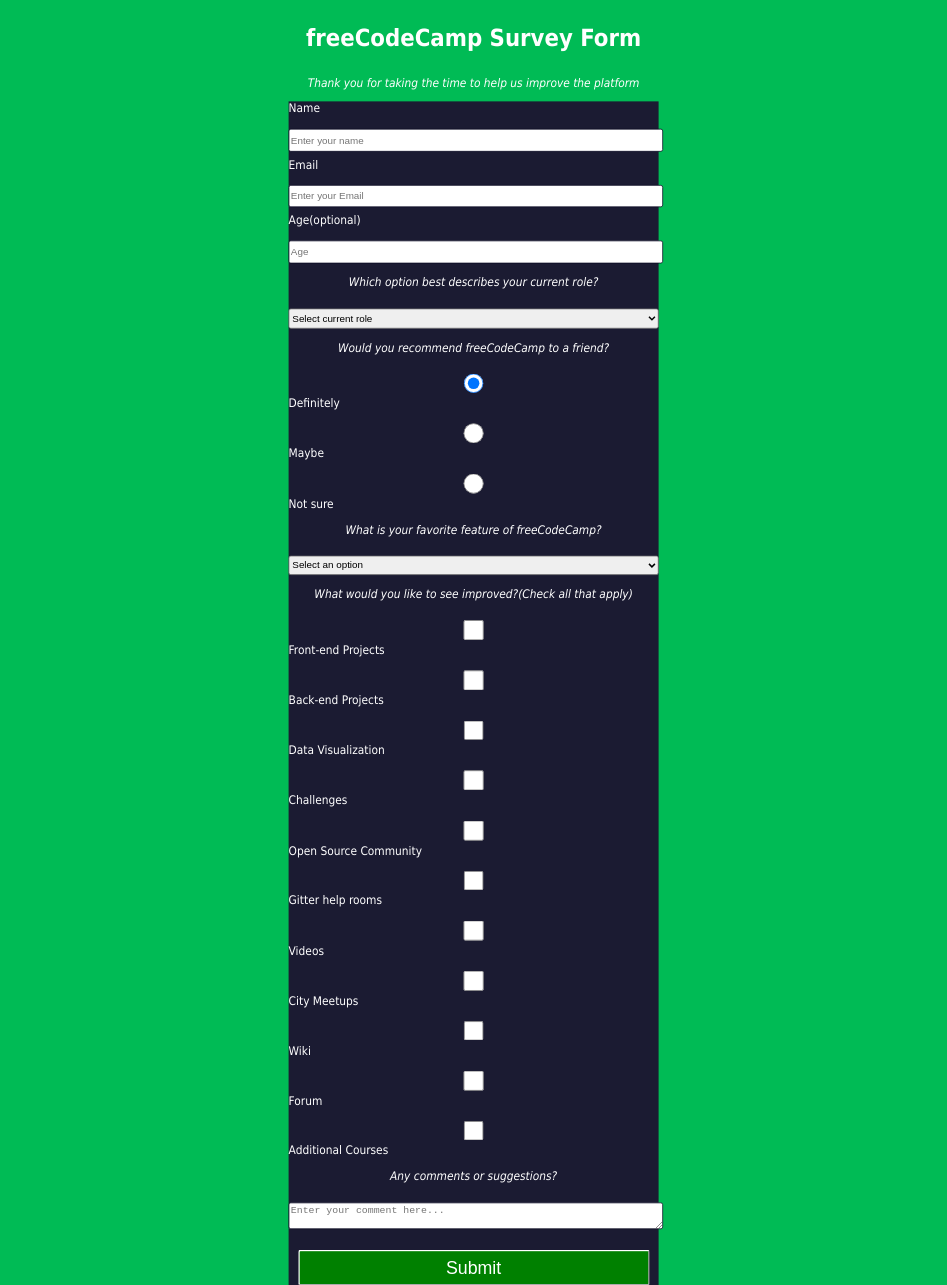
Repository: Lungdjos/survey_form_certification
Page: index.html
These files come from the project's save history. The page is drawn as it stood at one moment and after a run of saves; the edit follows.
The browser window is 1280 px wide. The pictures show the whole page, at 74% of full size.

Above is the page before, as saved 2023-10-10 12:43:00.

### index.html
<!DOCTYPE html>
<html lang="en">

<head>
    <meta charset="UTF-8">
    <meta name="viewport" content="width=device-width, initial-scale=1.0">
    <title>Survey Form</title>
    <link rel="stylesheet" href="styles.css">
</head>

<body>
    <div class="container">
        <header class="header">
            <h1 id="title" class="text-center">freeCodeCamp Survey Form</h1>
            <p id="description" class="description text-center">
                Thank you for taking the time to help us improve the platform
            </p>
        </header>
        <form id="survey-form">
            <div class="form-group">
                <label id="name-label" for="name">Name</label>
                <input type="text" name="name" id="name" class="form-control" placeholder="Enter your name" required />
            </div>
            <div class="form-group">
                <label id="email-label" for="email">Email</label>
                <input type="email" name="email" id="email" class="form-control" placeholder="Enter your Email" required />
            </div>
            <div class="form-group">
                <label id="number-label" for="number">Age<span class="clue">(optional)</span></label>
                <input type="number" name="age" id="number" min="10" max="99" class="form-control" placeholder="Age" />
            </div>
            <div class="form-group">
                <p>Which option best describes your current role?</p>
                <select id="dropdown" name="role" class="form-control" required>
                    <option disabled selected value>Select current role</option>
                    <option value="student">Student</option>
                    <option value="job">Full Time Job</option>
                    <option value="learner">Full Time Learner</option>
                    <option value="preferNo">Prefer not to say</option>
                    <option value="other">Other</option>
                </select>
            </div>

            <div class="form-group">
                <p>Would you recommend freeCodeCamp to a friend?</p>
                <label><input name="user-recommend" value="definitely" type="radio" class="input-radio" checked /> Definitely</label>
                <label><input name="user-recommend" value="maybe" type="radio" class="input-radio" /> Maybe</label>
                <label><input name="user-recommend" value="not-sure" type="radio" class="input-radio" /> Not sure</label>
            </div>

            <div class="form-group">
                <p>What is your favorite feature of freeCodeCamp?</p>
                <select id="most-like" name="mostLike" class="form-control" required>
                    <option disabled selected value>Select an option</option>
                    <option value="challenges">Challenges</option>
                    <option value="projects">Projects</option>
                    <option value="community">Community</option>
                    <option value="openSource">Open Source</option>
                </select>
            </div>

            <div class="form-group">
                <p>What would you like to see improved?<span class="clue">(Check all that apply)</span></p>
                <label><input name="prefer" value="front-end-projects" type="checkbox" class="input-checkbox" /> Front-end Projects</label>
                <label><input name="prefer" value="back-end-projects" type="checkbox" class="input-checkbox" /> Back-end Projects</label>
                <label><input name="prefer" value="data-visualization" type="checkbox" class="input-checkbox" /> Data Visualization</label>
                <label><input name="prefer" value="challenges" type="checkbox" class="input-checkbox" /> Challenges</label>
                <label><input name="prefer" value="open-source-community" type="checkbox" class="input-checkbox" /> Open Source Community</label>
                <label><input name="prefer" value="gitter-help-rooms" type="checkbox" class="input-checkbox" /> Gitter help rooms</label>
                <label><input name="prefer" value="videos" type="checkbox" class="input-checkbox" /> Videos</label>
                <label><input name="prefer" value="city-meetups" type="checkbox" class="input-checkbox" /> City Meetups</label>
                <label><input name="prefer" value="wiki" type="checkbox" class="input-checkbox" /> Wiki</label>
                <label><input name="prefer" value="forum" type="checkbox" class="input-checkbox" /> Forum</label>
                <label><input name="prefer" value="additional-courses" type="checkbox" class="input-checkbox" /> Additional Courses</label>
            </div>

            <div class="form-group">
                <p>Any comments or suggestions?</p>
                <textarea id="comments" class="input-textarea" name="comment" placeholder="Enter your comment here..."></textarea>
            </div>

            <div class="form-group">
                <button type="submit" id="submit" class="submit-button">Submit</button>
            </div>
        </form>
    </div>
</body>

</html>

### styles.css
/* designs for the survey form */


/* CSS for the Registration Form */

body {
    width: 100%;
    height: 100vh;
    /* will need to set the value to */
    margin: 15px 0 15px 0;
    color: #fff;
    font-size: 16px;
    font-family: Tahoma;
    background-color: #0b5;
}

label {
    display: block;
    margin: .5rem 0;
}

a {
    color: #dfdfe2;
}

a:hover {
    color: blanchedalmond;
    text-decoration: none;
}

a:active {
    color: #0a0a23;
}

fieldset {
    margin: 15px;
    border-radius: 10px;
    border: 3px solid #3b3b4f;
    padding: 1rem;
}

input,
textarea,
select {
    margin: 10px 0 0 0;
    width: 100%;
    border-radius: 3px;
    min-height: 2em;
}

input,
textarea {
    background-color: #fff;
    border: 1px solid #0a0a23;
    color: #0a0a23;
    ;
}

h1,
p {
    margin: 1em auto;
    text-align: center;
}

p {
    font-style: italic;
}

form {
    /* margin: 0px 30px 0px 30px; */
    margin: 0 auto;
    max-width: 500px;
    min-width: 300px;
    width: 60vw;
    background-color: #1b1b32;
}

button:hover {
    background-color: blanchedalmond;
    margin-bottom: 2em;
    color: #0a0a23;
    border: 4px solid #3b3b4f;
    border-radius: 8px;
}

button {
    display: block;
    width: 95%;
    margin: 1em auto;
    height: 2em;
    font-size: 1.5rem;
    background-color: green;
    color: #fff;
    border-color: white;
    min-width: 1em;
    border-radius: 3px;
}

input[type="file"] {
    min-height: 2em;
    padding: 1px 2px;
}

After the next 2 saves:
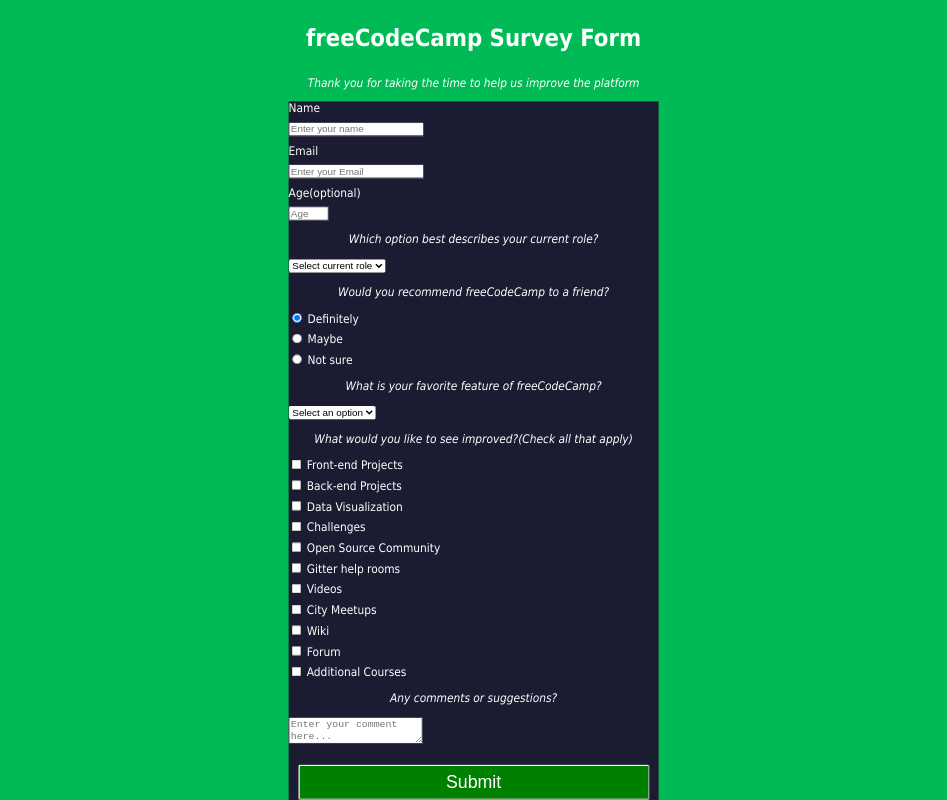
The 2 saves are shown as one change because they came seconds apart.
The last was saved 20 s later.
--- a/styles.css
+++ b/styles.css
@@ -39,9 +39,7 @@
     padding: 1rem;
 }
 
-input,
-textarea,
-select {
+.form-group {
     margin: 10px 0 0 0;
     width: 100%;
     border-radius: 3px;

After the save that followed:
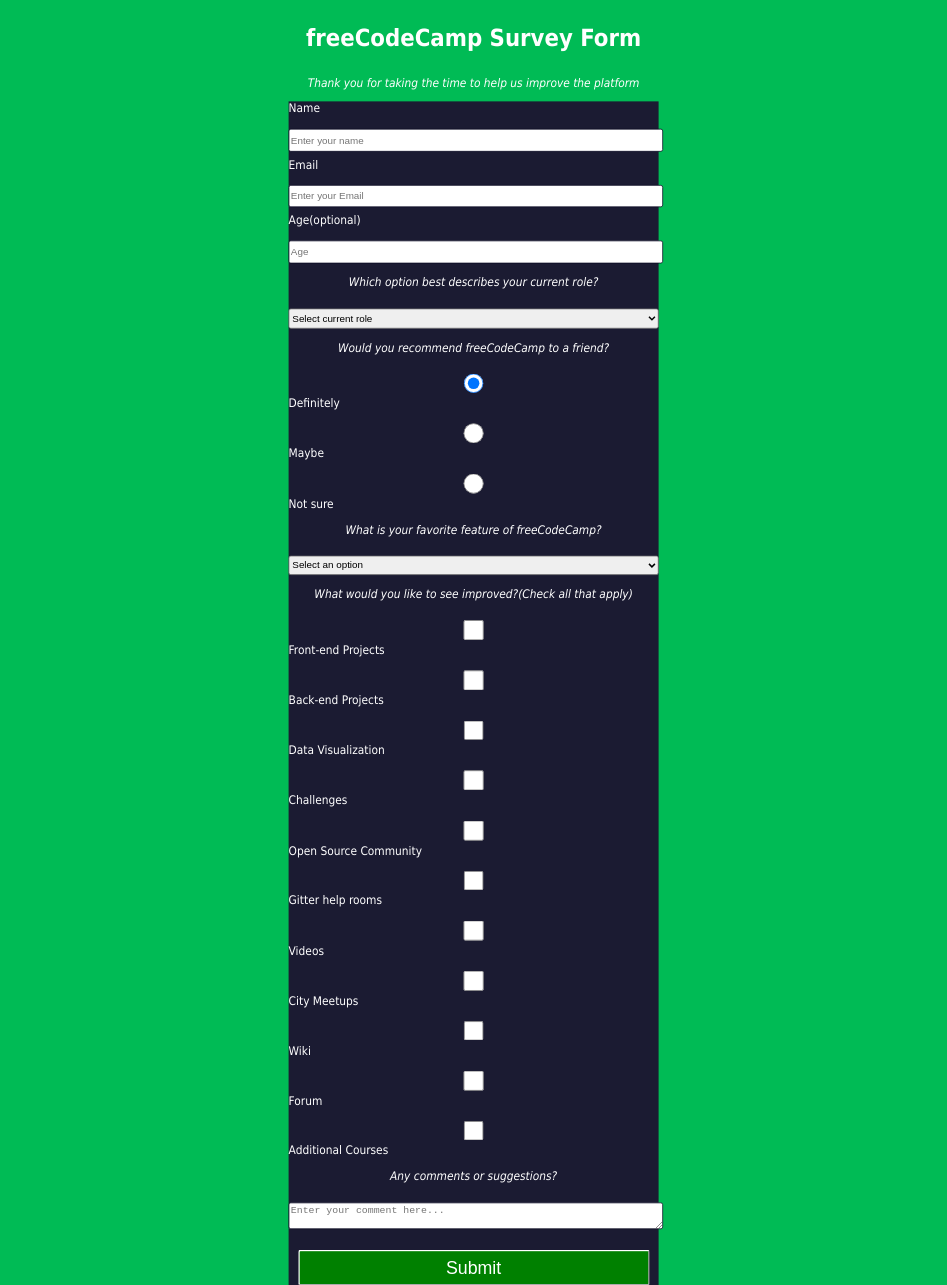
Saved 96 s later.
--- a/styles.css
+++ b/styles.css
@@ -39,7 +39,9 @@
     padding: 1rem;
 }
 
-.form-group {
+input,
+textarea,
+select {
     margin: 10px 0 0 0;
     width: 100%;
     border-radius: 3px;
